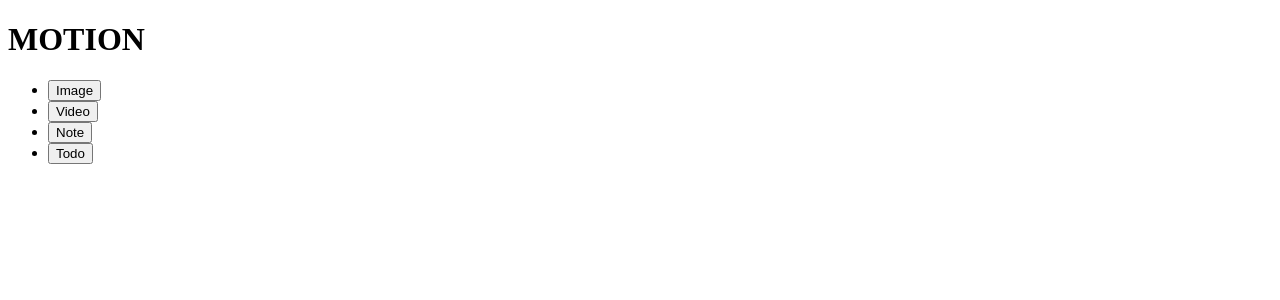
Repository: chefkuna/Motion
Page: index.html
The author's editor kept a copy of each file at every save. The page is drawn from the files as they stood at one save, then again after the next save.
The browser window is 1280 px wide. The pictures show the whole page.

Above is the page before, as saved 2022-08-21 14:25:38.

After the next save:
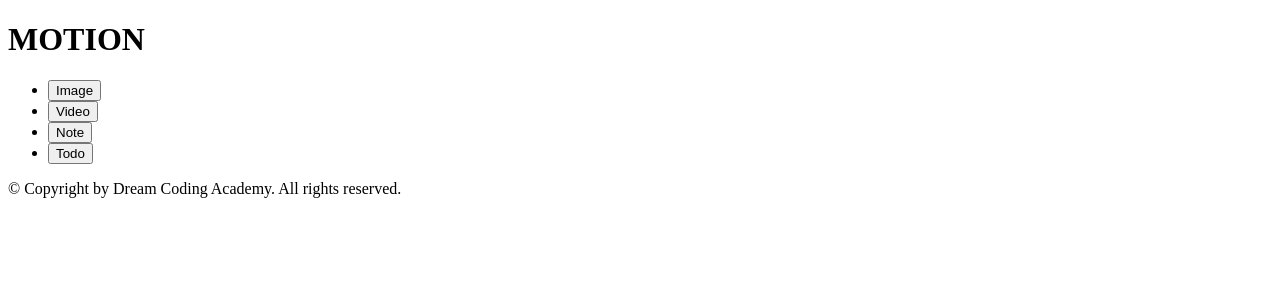
Saved 45 s later.
--- a/index.html
+++ b/index.html
@@ -20,7 +20,9 @@
       </ul>
     </header>
     <main class='document'></main>
-    <footer class="footer"></footer>
+    <footer class="footer">
+      <p>© Copyright by Dream Coding Academy. All rights reserved.</p>
+    </footer>
   </div>
 
 </body>
